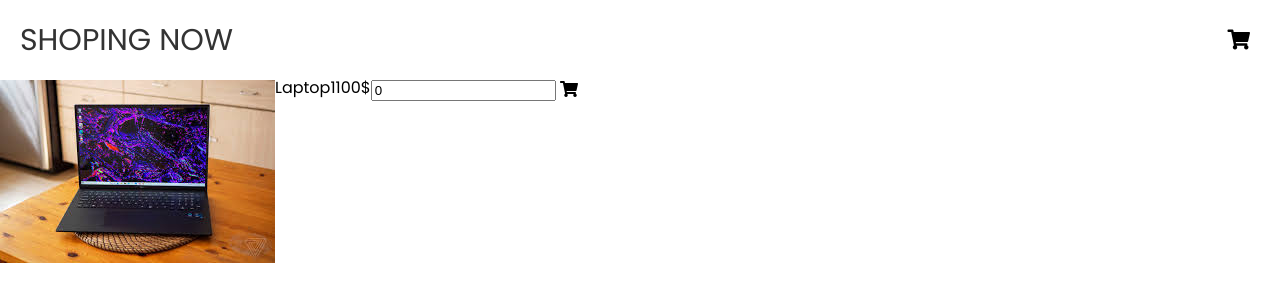
Repository: nttthao9/shopingcart
Page: index.html
An editor plug-in stored every save of this project. The page is shown before and after the next save, followed by the edit.
The browser window is 1280 px wide. The pictures show the whole page.
Some web libraries are served in a nearby version.

Above is the page before, as saved 2021-10-04 14:18:19.

After the next save:
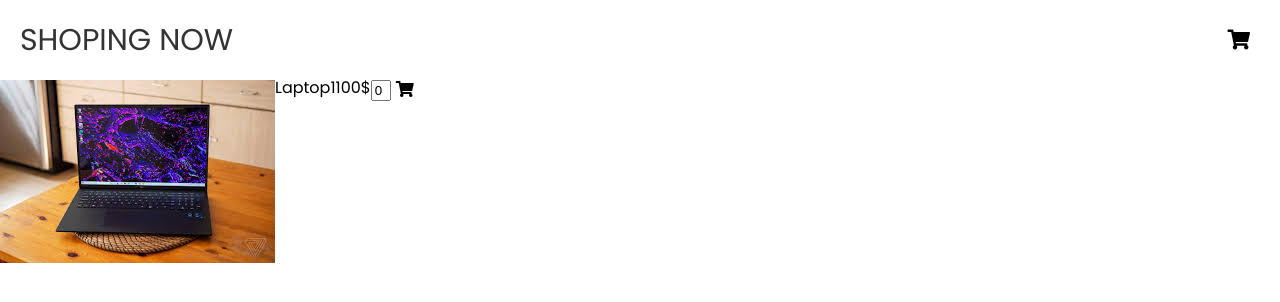
Saved 25 s later.
--- a/styles/style.css
+++ b/styles/style.css
@@ -39,5 +39,5 @@ body {
   justify-content: space-between; */
 }
 .product-count {
-  /* width: 100%; */
+  width: 10%;
 }
